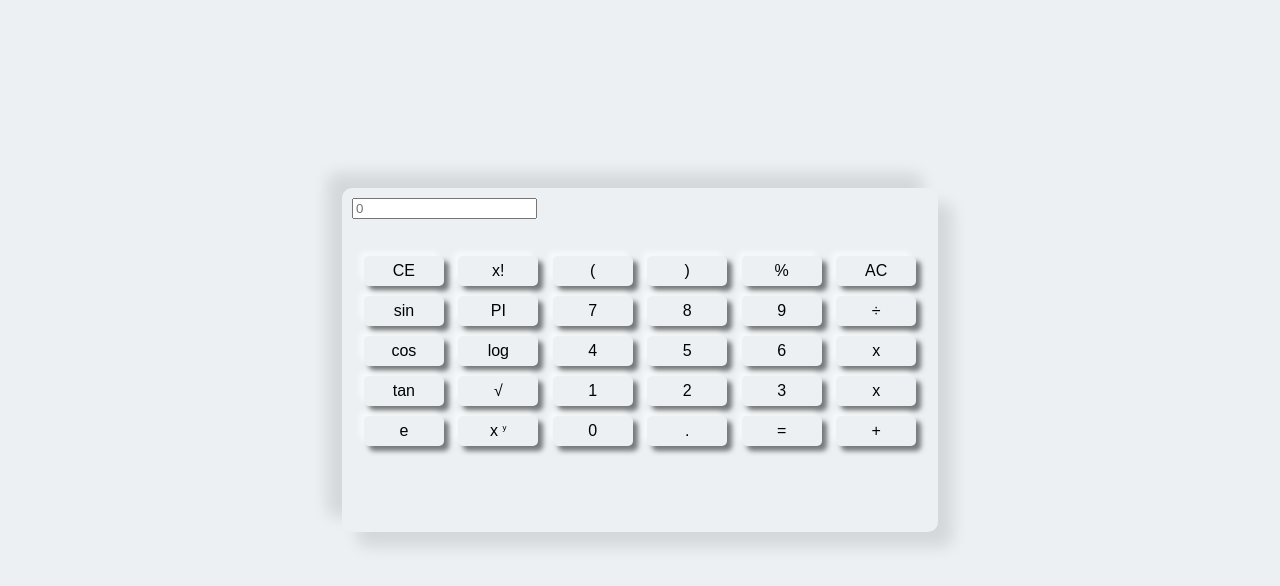
Repository: Haakim19/Scientific-Calculator
Page: intex.html
The author's editor kept a copy of each file at every save. The page is drawn from the files as they stood at one save, then again after the next save.
The browser window is 1280 px wide. The pictures show the whole page.

Above is the page before, as saved 2024-10-27 12:40:00.

After the next save:
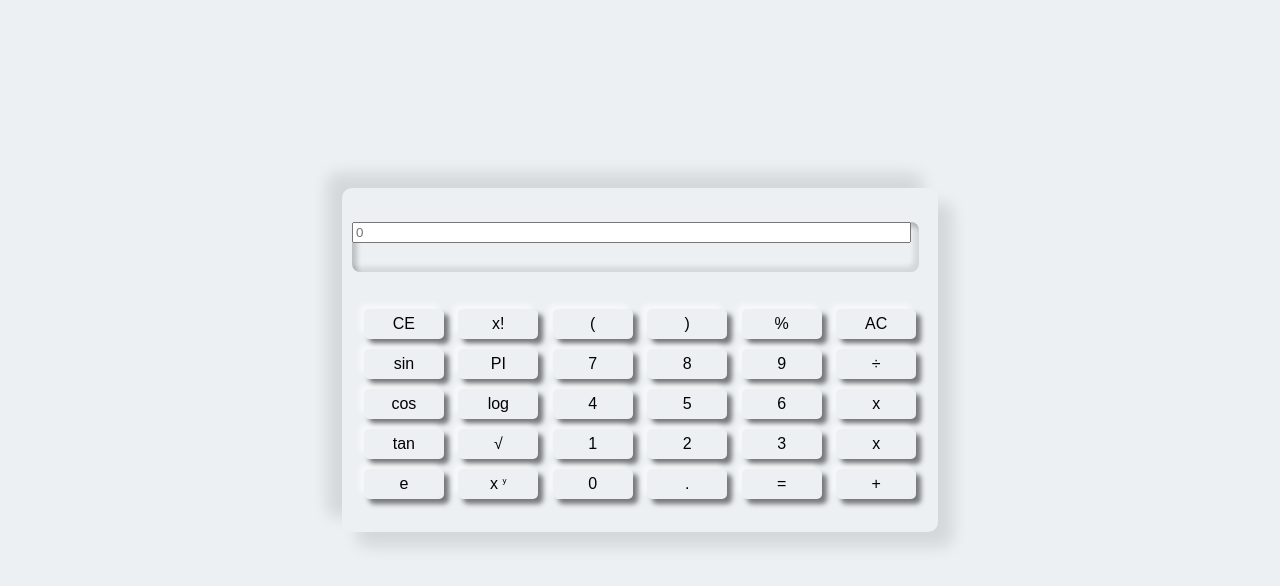
Saved 12 s later.
--- a/Style.css
+++ b/Style.css
@@ -33,7 +33,7 @@ body{
                 inset -5px -5px 5px rgba(0, 0, 0, 0.1);
 
 } */
-/* .display {
+.display {
     width: 97%;
     height: 50px;
     border: none;
@@ -49,57 +49,6 @@ body{
     box-shadow: inset 5px 5px 5px rgba(0, 0, 0, 0.2),
                 inset -5px -5px 5px rgba(0, 0, 0, 0.1);
 }
-.display input{
-    height: 100%;
-    border: none;
-    outline: none;
-    text-align: right;
-    padding-right: 0.5rem;
-    font-size: 2em;
-    border-radius: 8px;
-    display: flex;
-    flex-direction: column;
-} */
-/* #screen1{
-    width: 97%;
-    padding: 20px;
-    font-size: 1rem;
-    border: none;
-    outline: none;
-    text-align: right;
-    /* padding-right: -15px; */
-    /* color: white; */
-    /* background-color: hsl(0, 0%, 20%);
-
-}
-#screen2{
-    width: 97%;
-    padding: 20px;
-    font-size: 2rem;
-    border: none;
-    outline: none;
-    text-align: right;
-    /* padding-right: -15px; */
-    /* color: white; */
-    /* background-color: hsl(0, 0%, 20%);
-
-} */
-/* #screen2{
-    width: 97%;
-    height: 70px;
-    border: none;
-    outline: none;
-    text-align: right;
-    padding-right: 0.5rem;
-    margin-top: 1.5rem;
-    font-size: 2em;
-    border-radius: 8px;
-    background:#ecf0f3;
-    /* box-shadow: inset 5px 5px 5px rgba(0, 0, 0, 0.2),
-                inset -5px -5px 5px rgba(0, 0, 0, 0.1);
-
-} */
-
 
 .btns {
     width: 100%;
